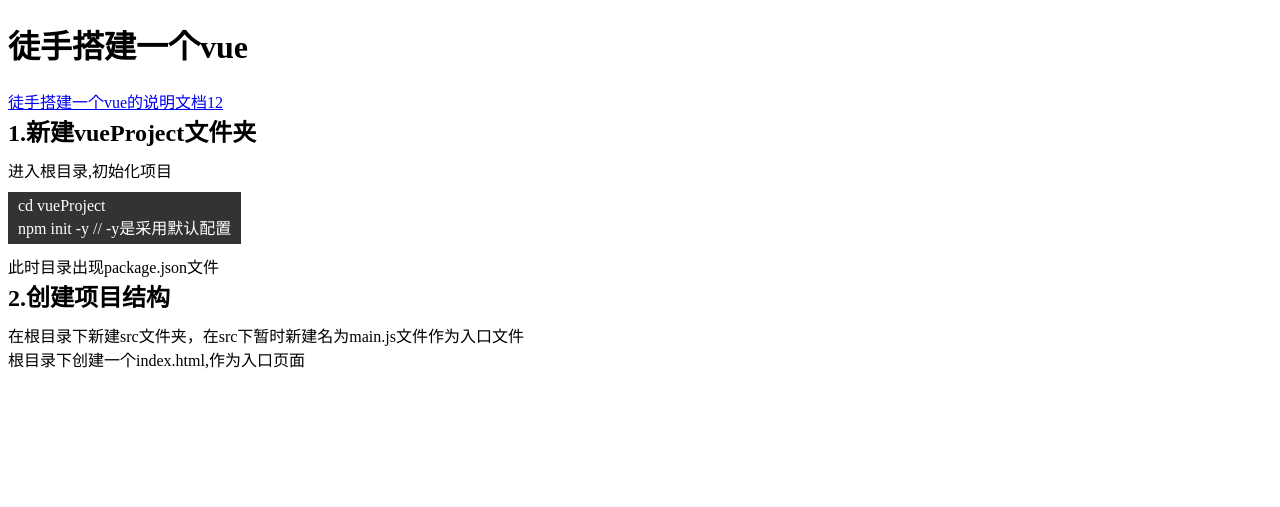
Repository: yuWhy/vue-build-cli
Page: /#/vueBuild
These files come from the project's save history. The page is drawn as it stood at one moment and after the next save; the edit follows.
The browser window is 1280 px wide. The pictures show the whole page.
The project was rebuilt for these pictures with package versions that can differ from the ones it lists, and the page was loaded fresh each time. Also part of the build but not shown: webpack.config.js, src/router/index.js.

Above is the page before, as saved 2021-02-19 16:08:18.

### index.html
<!DOCTYPE html>
<html lang="en">

<head>
  <meta charset="utf-8">
  <meta http-equiv="X-UA-Compatible" content="IE=edge">
  <meta name="viewport" content="width=device-width,initial-scale=1.0">
</head>

<body>
  <div id="app"></div>
</body>

</html>

### src/main.js
import Vue from 'vue'
import App from "./App.vue"
import router from './router/index.js'

new Vue({
  el: '#app',
  router,
  render: h => h(App)
})

### src/App.vue
<template>
  <div id="app">
    <h1>{{msg}}</h1>
    <router-link to="vueBuild">徒手搭建一个vue的说明文档</router-link>
    <router-link to="hello">1</router-link>
    <router-link to="login">2</router-link>
    <router-view></router-view>
  </div>
</template>

<script>
export default {
  name: 'App',
  data() {
    return {
      msg: '徒手搭建一个vue'
    }
  }
}
</script>

### src/components/vue-build.vue
<template>
  <div>
    <h2>1.新建vueProject文件夹</h2>
    <p>进入根目录,初始化项目</p>
    <div class="dimk">
      cd vueProject <br>
      npm init -y // -y是采用默认配置
    </div>
    <br>
    此时目录出现package.json文件
    <h2>2.创建项目结构</h2>
    在根目录下新建src文件夹，在src下暂时新建名为main.js文件作为入口文件<br>
    根目录下创建一个index.html,作为入口页面
  </div>
</template>
<script>
export default {
  name: 'vueBuild'
}
</script>
<style scoped>
* {
  padding: 0;
  margin: 0;
  margin-bottom: 10px;
}
  .dimk {
    background: #333;
    color: #fff;
    padding: 5px 10px;
    display: inline-block;
  }
</style>

After the next save:
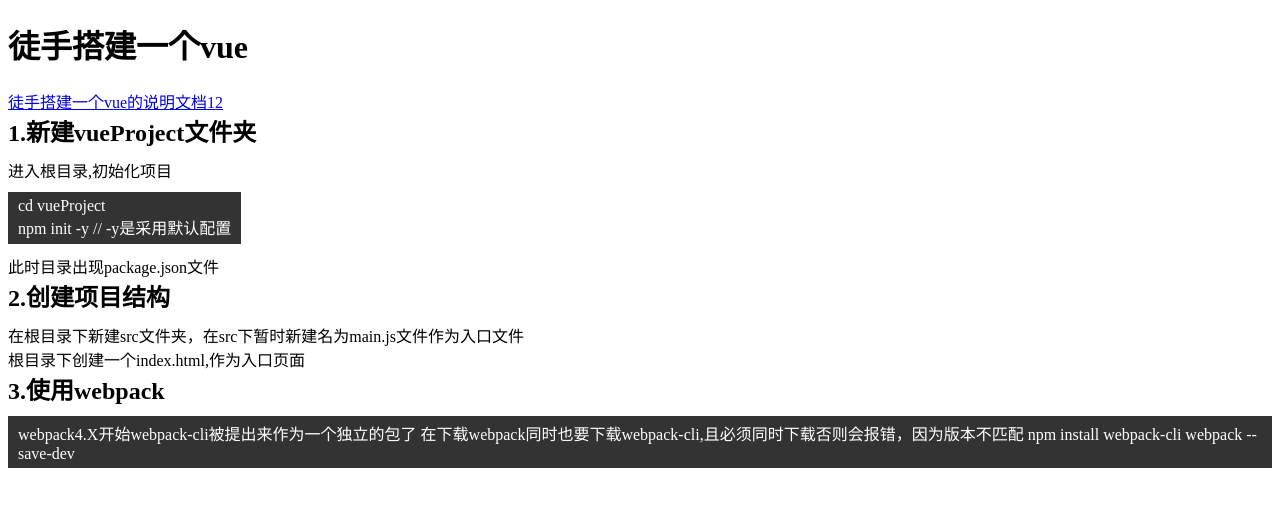
Saved 85 s later.
--- a/src/components/vue-build.vue
+++ b/src/components/vue-build.vue
@@ -11,6 +11,12 @@
     <h2>2.创建项目结构</h2>
     在根目录下新建src文件夹，在src下暂时新建名为main.js文件作为入口文件<br>
     根目录下创建一个index.html,作为入口页面
+    <h2>3.使用webpack</h2>
+    <div class="dimk">
+      webpack4.X开始webpack-cli被提出来作为一个独立的包了
+      在下载webpack同时也要下载webpack-cli,且必须同时下载否则会报错，因为版本不匹配
+      npm install webpack-cli webpack --save-dev
+    </div>
   </div>
 </template>
 <script>
